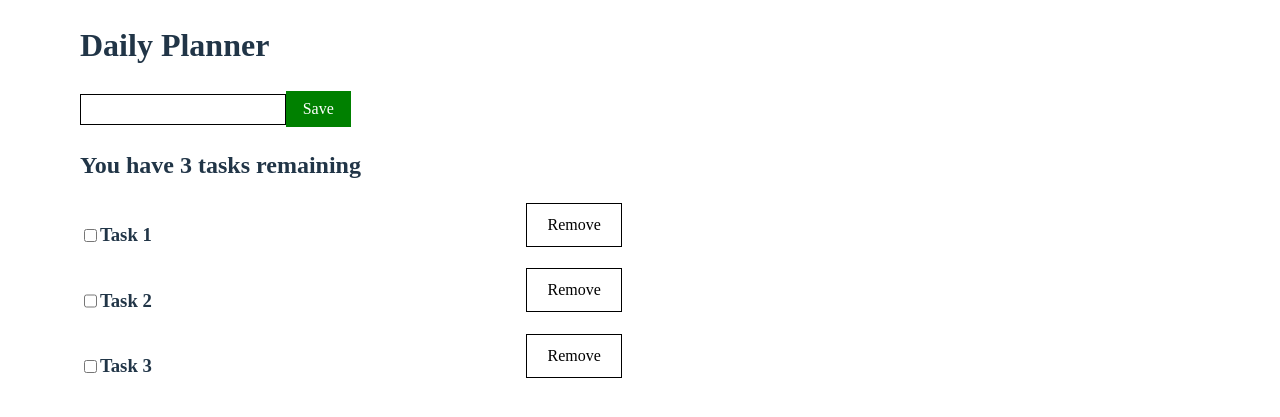
Repository: SamanthaYan298/my_planner
Page: /
An editor plug-in stored every save of this project. The page is shown before and after a run of saves, followed by the edit.
The browser window is 1280 px wide. The pictures show the whole page.
The project was rebuilt for these pictures with package versions that can differ from the ones it lists, and the page was loaded fresh each time. Also part of the build but not shown: vite.config.js.

Above is the page before, as saved 2024-10-07 17:20:25.

After the next 2 saves:
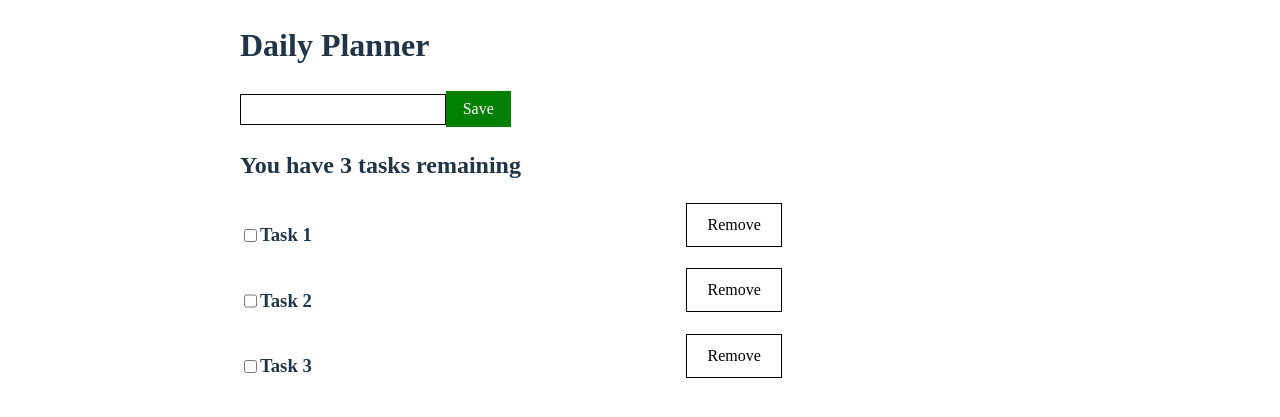
The 2 saves are shown as one change because they came seconds apart.
The last was saved 10 s later.
--- a/src/App.css
+++ b/src/App.css
@@ -1,6 +1,6 @@
 #root {
   max-width: 100%;
-  margin-left: 5em;
+  margin-left: 15em;
   padding: 0;
   top: 0;
   font-family: "Playfair Display", serif;
